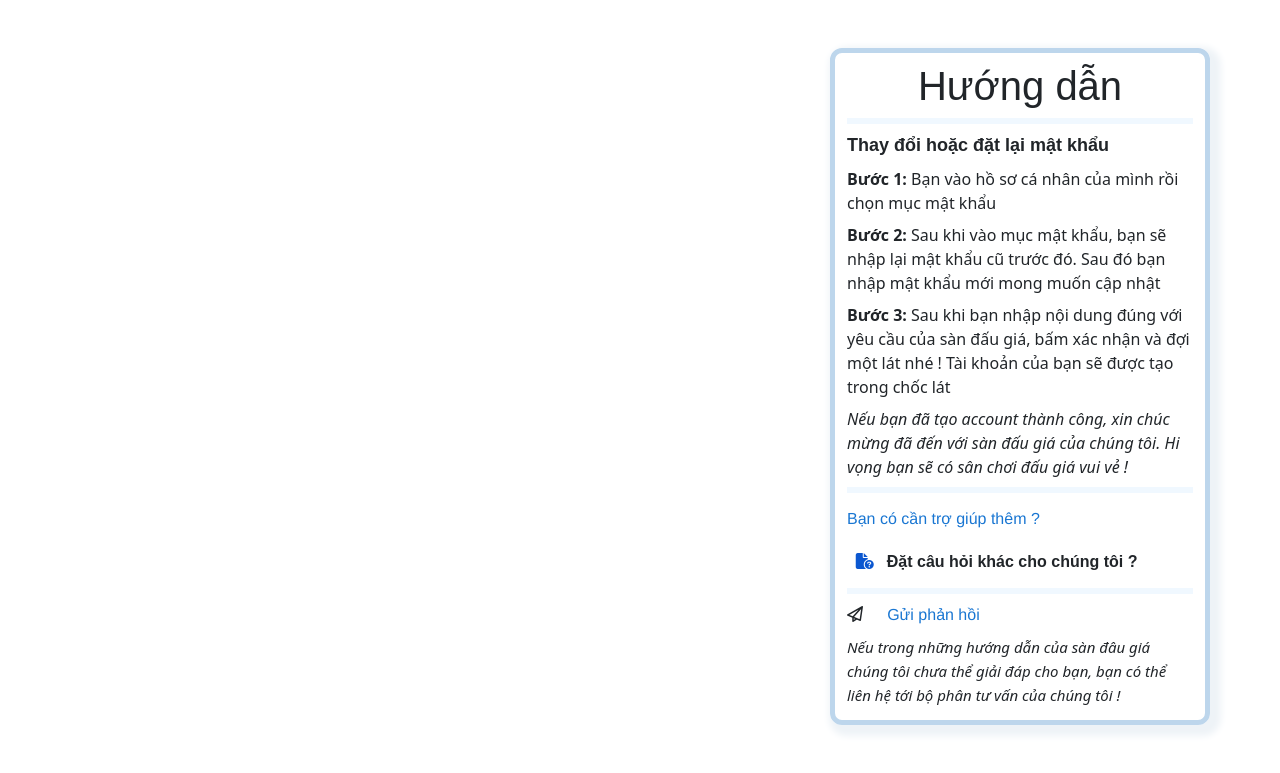
Repository: SonPhamThe/C0622G1-module5
Page: prototype--module6/guides/guide2.html
The author's editor kept a copy of each file at every save. The page is drawn from the files as they stood at one save, then again after the next save.
The browser window is 1280 px wide. The pictures show the whole page.
Some web libraries are served in a nearby version.

Above is the page before, as saved 2022-12-07 15:28:47.

After the next save:
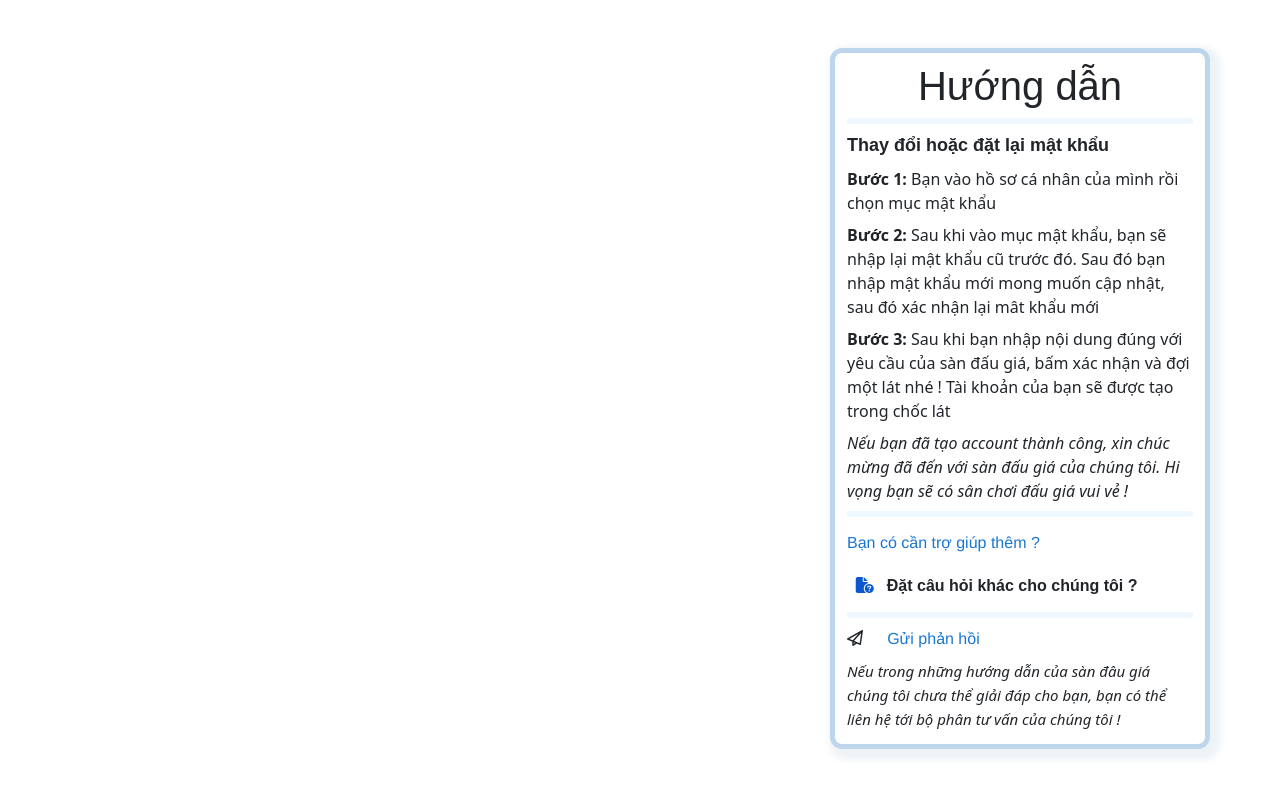
Saved 8 s later.
--- a/prototype--module6/guides/guide2.html
+++ b/prototype--module6/guides/guide2.html
@@ -68,7 +68,7 @@
               <span>
                 <strong>Bước 2: </strong>
                 Sau khi vào mục mật khẩu, bạn sẽ nhập lại mật khẩu cũ trước đó.
-                Sau đó bạn nhập mật khẩu mới mong muốn cập nhật
+                Sau đó bạn nhập mật khẩu mới mong muốn cập nhật, sau đó xác nhận lại mât khẩu mới
               </span>
             </div>
             <div class="mb-2">
